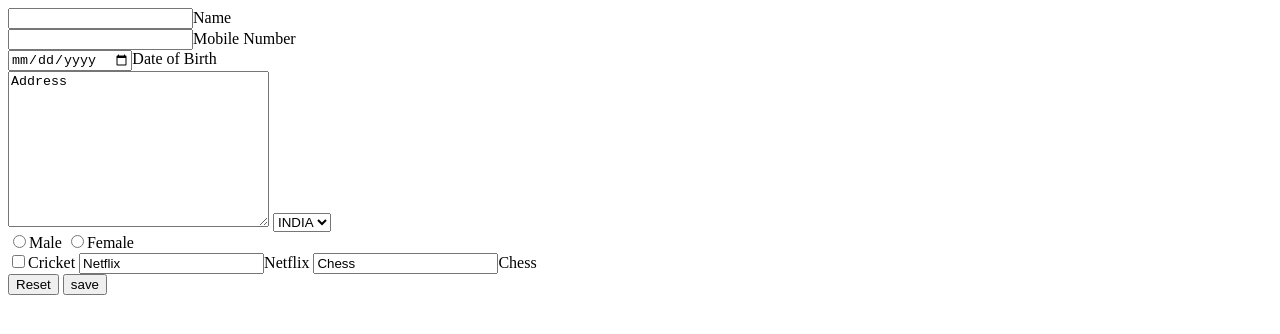
Repository: mannu343/project
Page: student/src/main/webapp/student.html
An editor plug-in stored every save of this project. The page is shown before and after the next save, followed by the edit.
The browser window is 1280 px wide. The pictures show the whole page.

Above is the page before, as saved 2023-01-31 17:23:47.

After the next save:
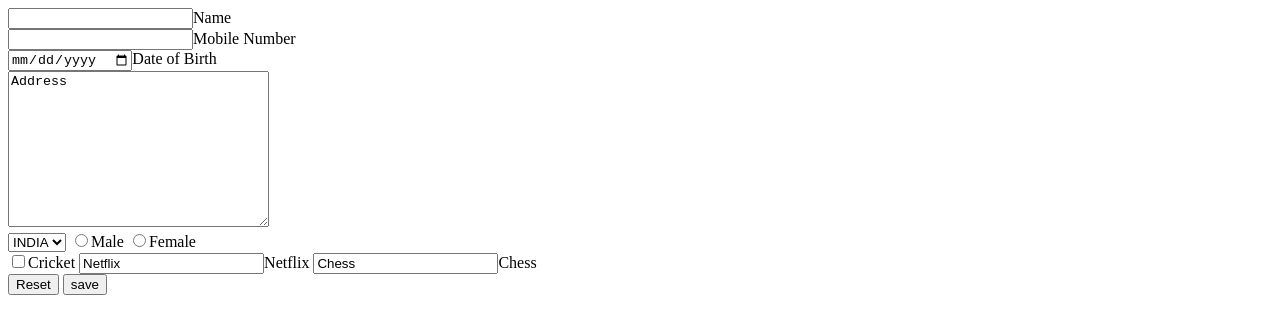
Saved 24 s later.
--- a/student/src/main/webapp/student.html
+++ b/student/src/main/webapp/student.html
@@ -9,12 +9,12 @@
 <input name="name" type="text">Name <br>
 <input name="mob" type="number">Mobile Number <br>
 <input name="dob" type="date">Date of Birth <br>
-<textarea name="ads" rows="10" cols="30">Address</textarea>
+<textarea name="ads" rows="10" cols="30">Address</textarea><br>
 <select name="Contry">
 <option value="INDIA">INDIA</option>
 <option value="BAN">BAN</option>
-<option value="PAK">PAK</option>
-</select><br>
+<option value="PAK">PAK</option><br>
+</select>
 <input name="gen" type="radio" value="Male">Male
 <input name="gen" type="radio" value="Female">Female <br>
 <input type="checkbox" name="hobies" value="Cricket">Cricket
